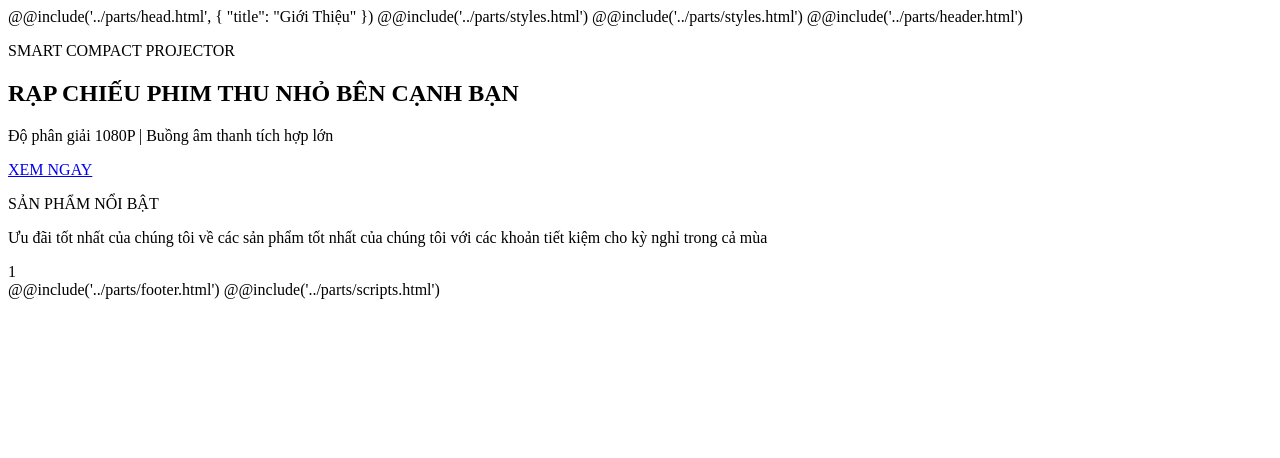
Repository: thanhthien0706/startsup
Page: src/views/pages/index.html
The author's editor kept a copy of each file at every save. The page is drawn from the files as they stood at one save, then again after the next save.
The browser window is 1280 px wide. The pictures show the whole page.

Above is the page before, as saved 2021-09-24 21:49:58.

After the next save:
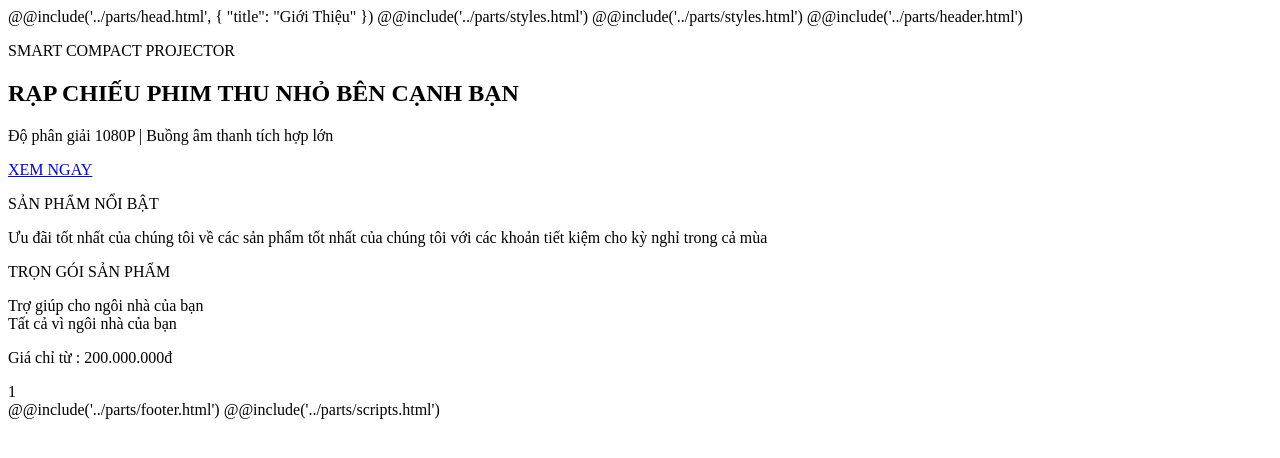
Saved 2 min 22 s later.
--- a/src/views/pages/index.html
+++ b/src/views/pages/index.html
@@ -39,7 +39,12 @@
               <div class="row">
                 <div class="col-sm-6">
                   <div class="box_bg_1">
-
+                    <p class="logo">TRỌN GÓI SẢN PHẨM</p>
+                    <p class="slogan">Trợ giúp cho ngôi nhà của bạn</br>Tất cả vì ngôi nhà của bạn</p>
+                    <p class="box_price">
+                      <span class="text">Giá chỉ từ : </span>
+                      <span class="price">200.000.000đ</span>
+                    </p>
                   </div>
                 </div>
                 <div class="col-sm-6">
